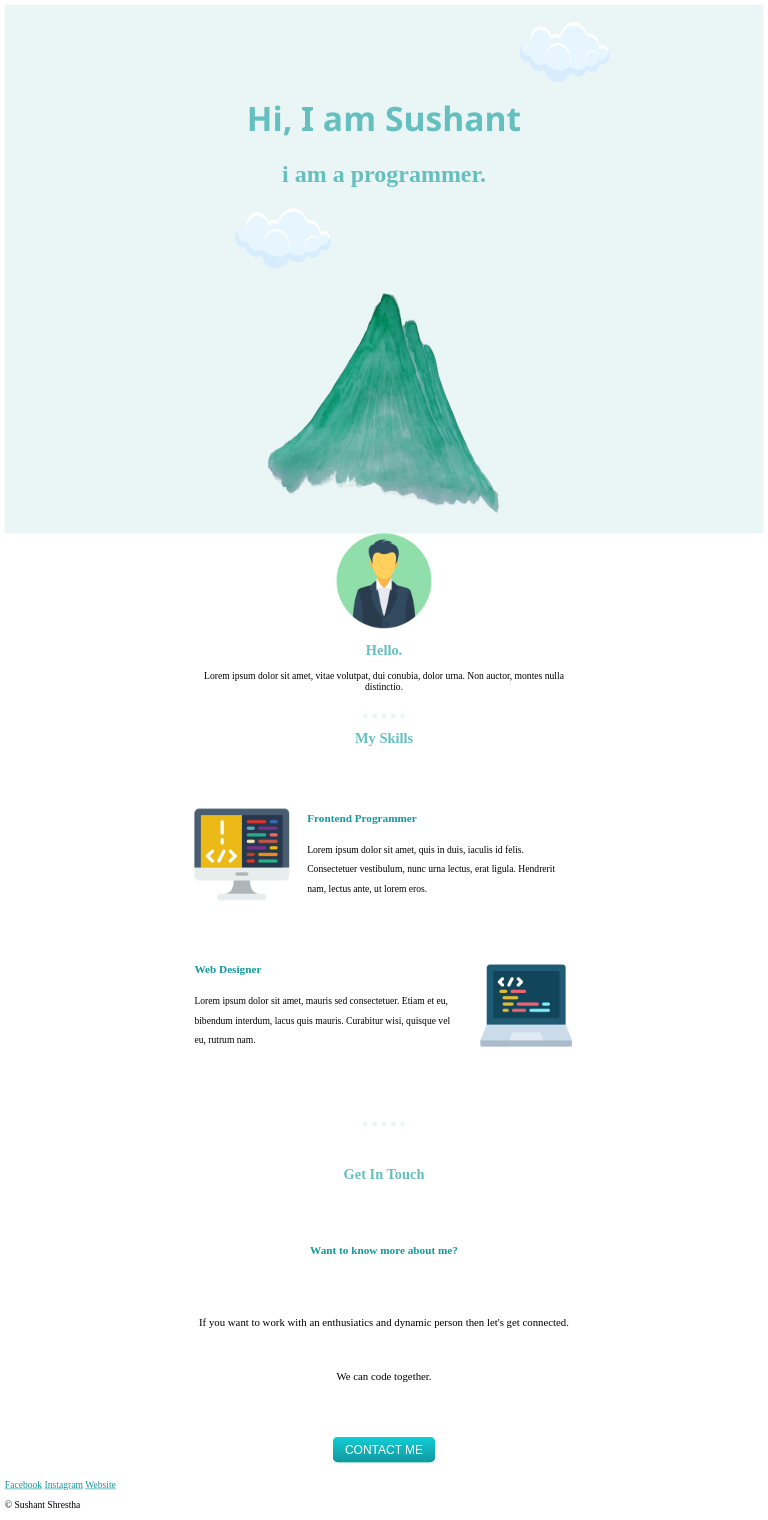
Repository: Sushant203/myPersonalSite
Page: index.html
An editor plug-in stored every save of this project. The page is shown before and after the next save, followed by the edit.
The browser window is 1280 px wide. The pictures show the whole page, at 60% of full size.

Above is the page before, as saved 2022-12-13 19:17:23.

After the next save:
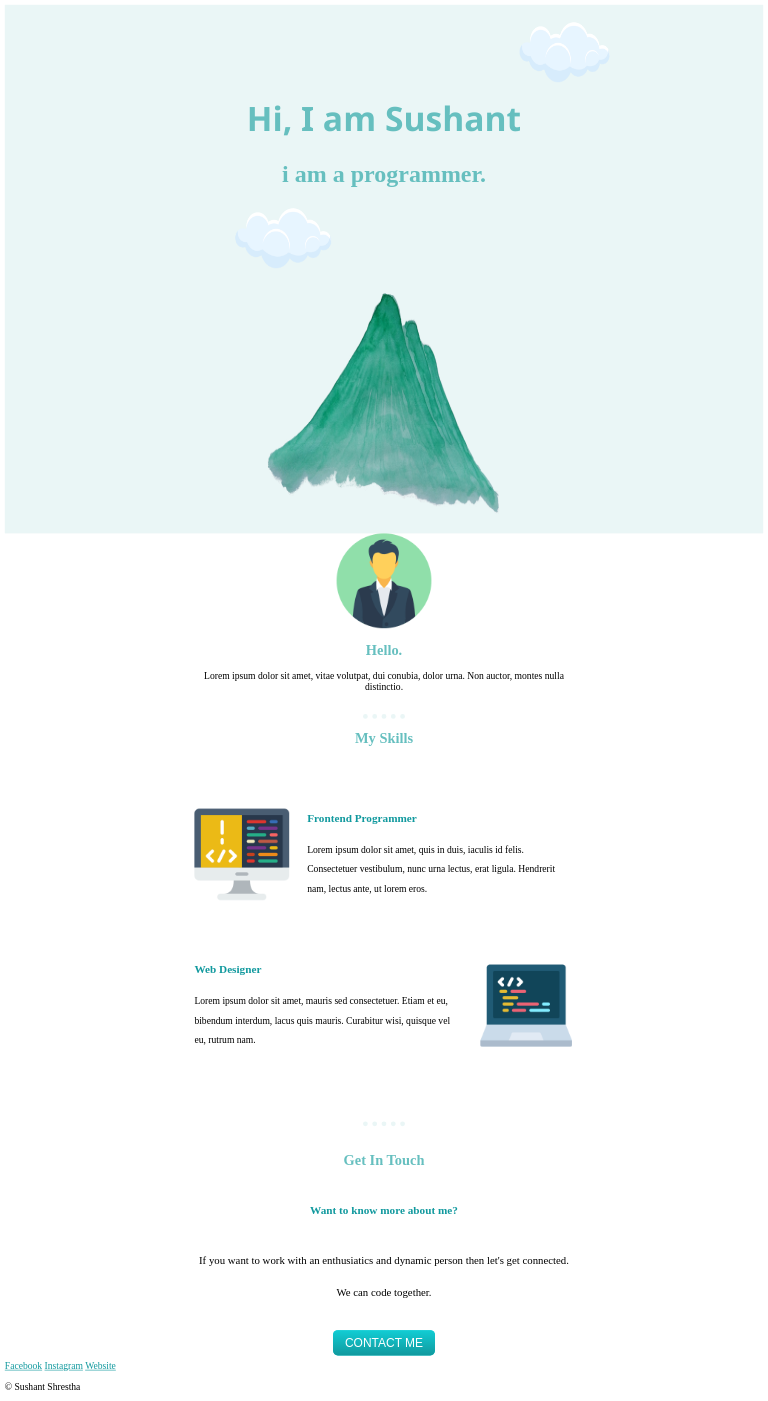
Saved 8 s later.
--- a/css/style.css
+++ b/css/style.css
@@ -116,7 +116,7 @@ hr{
 
 .contact-me{
     text-align: center;
-    line-height: 5;
+    line-height: 3;
 }
 .text{
     font-size: 18px;
